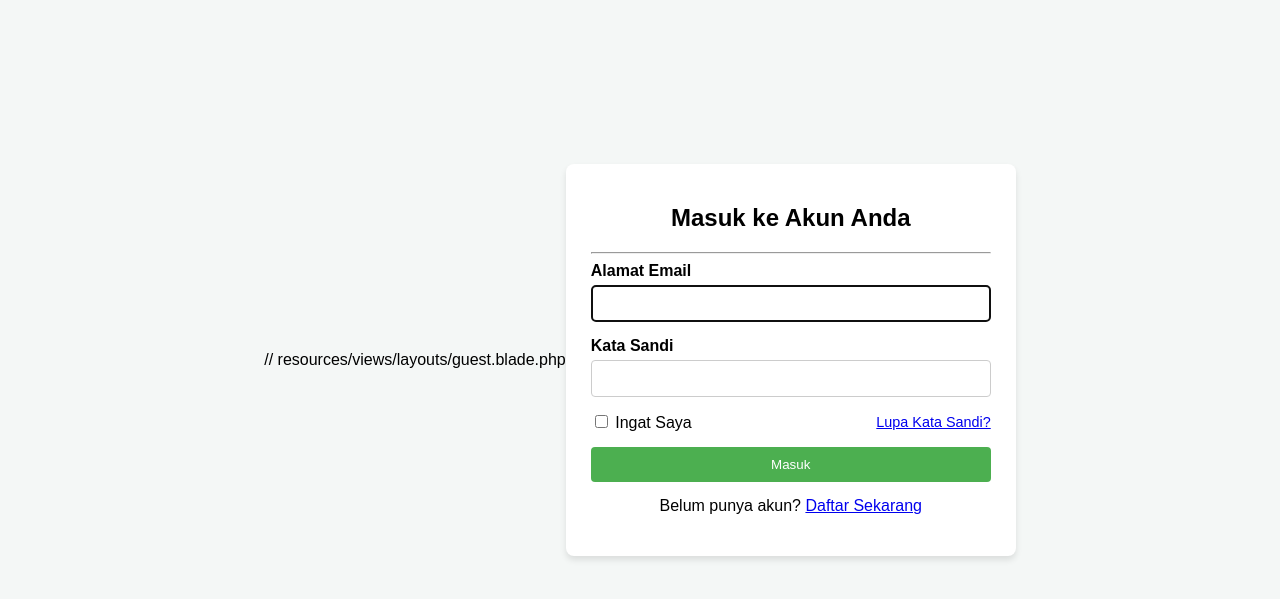
Repository: haritswijaya95/crud-laravel
Page: http://localhost/login
An editor plug-in stored every save of this project. The page is shown before and after the next save, followed by the edit.
The browser window is 1280 px wide. The pictures show the whole page.
The page is served by the project's Laravel application, run on PHP 8.4 with Laravel 12. Other server files are loaded and not shown.

Above is the page before, as saved 2026-01-07 00:37:13.

### app/Providers/AppServiceProvider.php
<?php

namespace App\Providers;

use Illuminate\Support\ServiceProvider;

class AppServiceProvider extends ServiceProvider
{


// app/Providers/RouteServiceProvider.php

    public const HOME = '/produk'; // Ubah dari /dashboard ke /produk
    /**
     * Register any application services.
     */
    public function register(): void
    {
        //
    }

    /**
     * Bootstrap any application services.
     */
    public function boot(): void
    {
        //


    }
}

### routes/web.php
<?php

use Illuminate\Support\Facades\Route;
use App\Http\Controllers\ProdukController;
use App\Http\Controllers\UserController;
use App\Http\Controllers\IndexController;
use App\Http\Controllers\Auth\AuthenticatedSessionController;
use App\Http\Controllers\Auth\RegisteredUserController;
use App\Http\Controllers\Auth\PasswordResetLinkController;
use App\Http\Controllers\Auth\NewPasswordController;

/*
|--------------------------------------------------------------------------
| Public Routes
|--------------------------------------------------------------------------
*/
Route::get('/', function () {
    return view('pages.welcome');
});

/*
|--------------------------------------------------------------------------
| Guest Routes (Hanya bisa diakses jika BELUM login)
|--------------------------------------------------------------------------
*/
Route::middleware('guest')->group(function () {
    // Login
    Route::get('/login', function () { return view('auth.login'); })->name('login');
    Route::post('/login', [AuthenticatedSessionController::class, 'store']);

    // Register
    Route::get('/register', function () { return view('auth.register'); })->name('register');
    Route::post('/register', [RegisteredUserController::class, 'store']);

    // Forgot Password
    Route::get('/forgot-password', function () { return view('auth.forgot-password'); })->name('password.request');
    Route::post('/forgot-password', [PasswordResetLinkController::class, 'store'])->name('password.email');

    // Reset Password
    Route::get('/reset-password/{token}', function ($token) {
        return view('auth.reset-password', ['token' => $token]);
    })->name('password.reset');
    Route::post('/reset-password', [NewPasswordController::class, 'store'])->name('password.update');
});

/*
|--------------------------------------------------------------------------
| Authenticated Routes (Hanya bisa diakses jika SUDAH login)
|--------------------------------------------------------------------------
*/
Route::middleware(['auth', 'verified'])->group(function () {

    // Dashboard
    Route::get('/dashboard', function () {
        return view('pages.dashboard');
    })->name('dashboard');

    // CRUD Produk - Menggunakan Resource agar lebih bersih
    // Ini otomatis mencakup index, create, store, edit, update, destroy, show
    Route::resource('produk', ProdukController::class);

    // Logout
    Route::post('logout', [AuthenticatedSessionController::class, 'destroy'])->name('logout');

    // User Management
    Route::get('/users', [UserController::class, 'index'])->name('users.index');
    Route::resource('index', IndexController::class);
});

### resources/views/auth/login.blade.php
@extends('layouts.guest')

@section('title', 'Masuk ke Akun Anda')

@section('content')
    @if (session('status'))
        <div style="color: green; margin-bottom: 15px;">
            {{ session('status') }}
        </div>
    @endif

    <form method="POST" action="{{ route('login') }}">
        @csrf

        <div class="form-group">
            <label for="email">Alamat Email</label>
            <input id="email" type="email" name="email" value="{{ old('email') }}" required autofocus>
            @error('email')
                <span class="error-message">{{ $message }}</span>
            @enderror
        </div>

        <div class="form-group">
            <label for="password">Kata Sandi</label>
            <input id="password" type="password" name="password" required autocomplete="current-password">
            @error('password')
                <span class="error-message">{{ $message }}</span>
            @enderror
        </div>

        <div class="form-group" style="display: flex; justify-content: space-between; align-items: center;">
            <div>
                <input type="checkbox" name="remember" id="remember">
                <label for="remember" style="display: inline; font-weight: normal;">Ingat Saya</label>
            </div>

            @if (Route::has('password.request'))
                <a href="{{ route('password.request') }}" style="font-size: 0.9em;">
                    Lupa Kata Sandi?
                </a>
            @endif
        </div>

        <button type="submit" class="btn-primary">
            Masuk
        </button>

        <p class="text-center">
            Belum punya akun? <a href="{{ route('register') }}">Daftar Sekarang</a>
        </p>
    </form>
@endsection

### resources/views/layouts/guest.blade.php
// resources/views/layouts/guest.blade.php

<!DOCTYPE html>
<html lang="{{ str_replace('_', '-', app()->getLocale()) }}">
<head>
    <meta charset="utf-8">
    <meta name="viewport" content="width=device-width, initial-scale=1">
    <title>{{ config('app.name', 'Laravel') }} | @yield('title')</title>

    <style>
        body { font-family: sans-serif; background-color: #f4f7f6; display: flex; justify-content: center; align-items: center; min-height: 100vh; margin: 0; }
        .auth-container { background: white; padding: 25px; border-radius: 8px; box-shadow: 0 4px 6px rgba(0, 0, 0, 0.1); width: 100%; max-width: 400px; }
        .form-group { margin-bottom: 15px; }
        .form-group label { display: block; margin-bottom: 5px; font-weight: bold; }
        .form-group input[type="email"], .form-group input[type="password"], .form-group input[type="text"] { width: 100%; padding: 10px; border: 1px solid #ccc; border-radius: 4px; box-sizing: border-box; }
        .btn-primary { background-color: #4CAF50; color: white; padding: 10px 15px; border: none; border-radius: 4px; cursor: pointer; width: 100%; }
        .text-center { text-align: center; margin-top: 15px; }
        .error-message { color: red; font-size: 0.9em; margin-top: 5px; }
    </style>
</head>
<body>
    <div class="auth-container">
        <h2 class="text-center">@yield('title')</h2>
        <hr>
        @yield('content')
    </div>
</body>
</html>

After the next save:
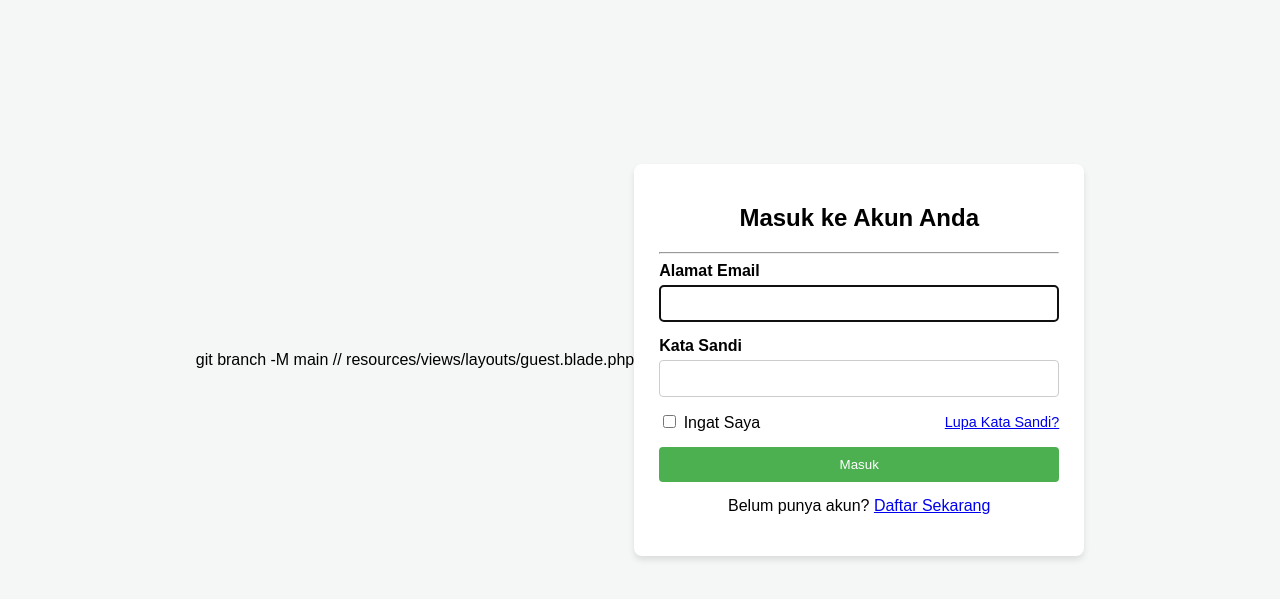
Saved 37 min 31 s later.
--- a/resources/views/auth/login.blade.php
+++ b/resources/views/auth/login.blade.php
@@ -1,6 +1,6 @@
 @extends('layouts.guest')
 
-@section('title', 'Masuk ke Akun Anda')
+@section('title', 'Masuk ke Akun Anda')git branch -M main
 
 @section('content')
     @if (session('status'))
